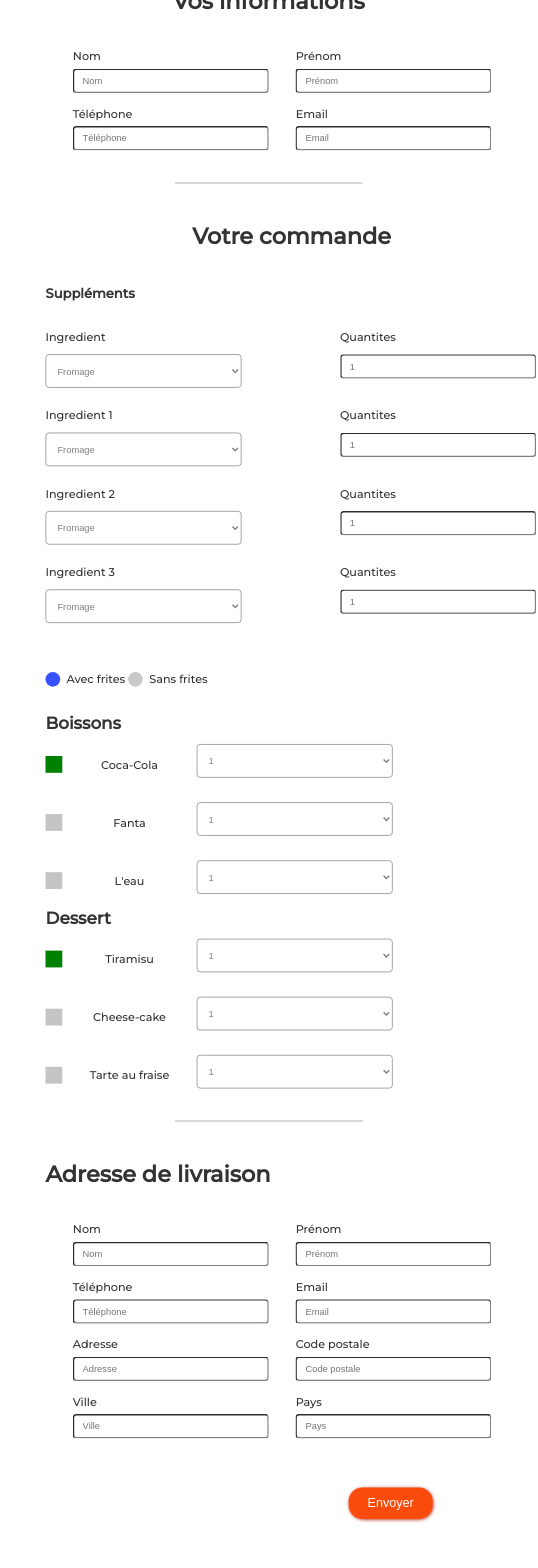
Repository: sisilass31/bella-olonje
Page: html/commande.html
An editor plug-in stored every save of this project. The page is shown before and after a run of saves, followed by the edit.
The browser window is 768 px wide. The pictures show the part of the page from y = 890 to 3130 px (the page is 3130 px tall before and 3100 px after), at 70% of full size.
Some web libraries are served in a nearby version.

Above is the page before, as saved 2023-02-15 09:03:44.

After the next 3 saves:
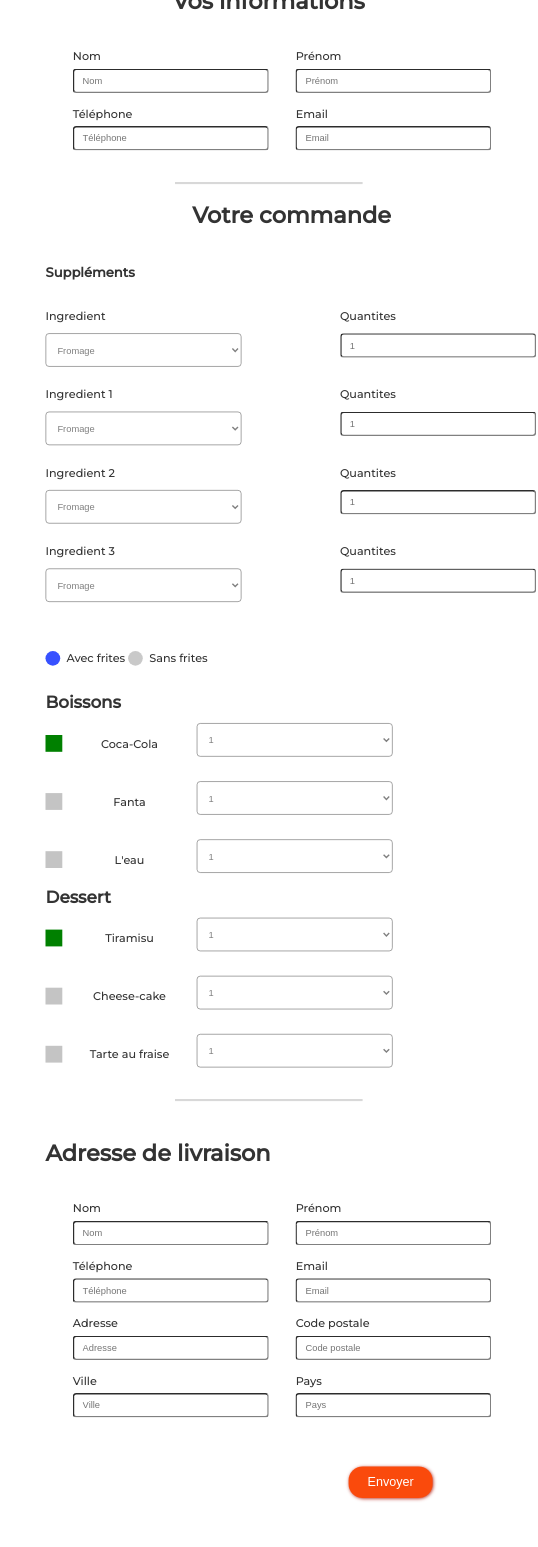
The 3 saves are shown as one change because they came seconds apart.
The last was saved 10 s later.
--- a/css/commande.css
+++ b/css/commande.css
@@ -507,11 +507,12 @@ button {
         flex: ;
         flex-direction: column;
     }
+
     .commande h1 {
-        padding-top: 30px;
+        padding-top: 0;
         display: flex;
         justify-content: center;
-        }
+    }
 }
 
 /* Ipad et Mini Ordi */
